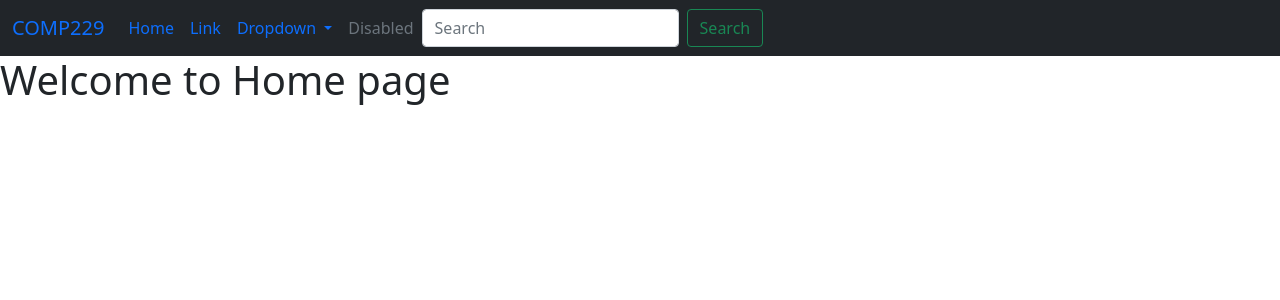
Repository: kiruriluap/COMP229-M2022-Labs
Page: http://localhost/
An editor plug-in stored every save of this project. The page is shown before and after the next save, followed by the edit.
The browser window is 1280 px wide. The pictures show the whole page.
The page is served by the project's Node server (server.js).

Above is the page before, as saved 2022-05-28 17:22:16.

After the next save:
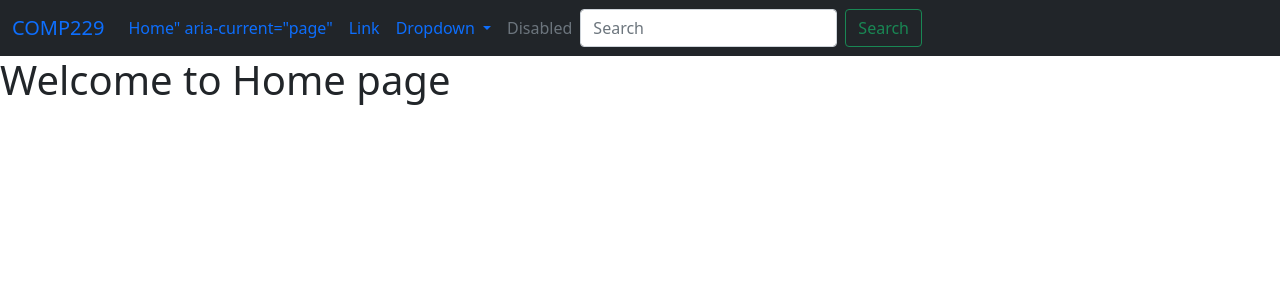
Saved 53 s later.
--- a/week3-6 Partials - Copy - Copy/views/index.ejs
+++ b/week3-6 Partials - Copy - Copy/views/index.ejs
@@ -22,7 +22,7 @@
       <div class="collapse navbar-collapse" id="navbarSupportedContent">
         <ul class="navbar-nav mr-auto mb-2 mb-lg-0">
           <li class="nav-item active">
-            <a class="nav-link active" aria-current="page" href="#">Home</a>
+            <a class="nav-link activehref="#">Home" aria-current="page" </a>
           </li>
           <li class="nav-item">
             <a class="nav-link" href="#">Link</a>

After the save that followed:
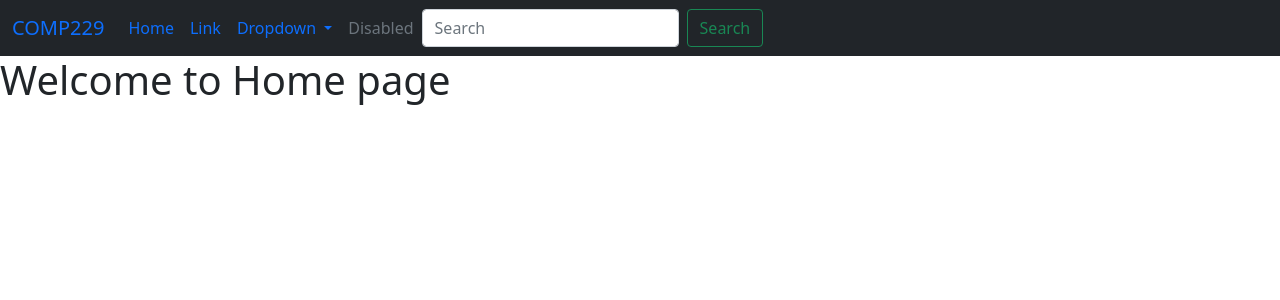
Saved 6 s later.
--- a/week3-6 Partials - Copy - Copy/views/index.ejs
+++ b/week3-6 Partials - Copy - Copy/views/index.ejs
@@ -22,7 +22,7 @@
       <div class="collapse navbar-collapse" id="navbarSupportedContent">
         <ul class="navbar-nav mr-auto mb-2 mb-lg-0">
           <li class="nav-item active">
-            <a class="nav-link activehref="#">Home" aria-current="page" </a>
+            <a class="nav-link active" aria-current="page" href="#">Home</a>
           </li>
           <li class="nav-item">
             <a class="nav-link" href="#">Link</a>
